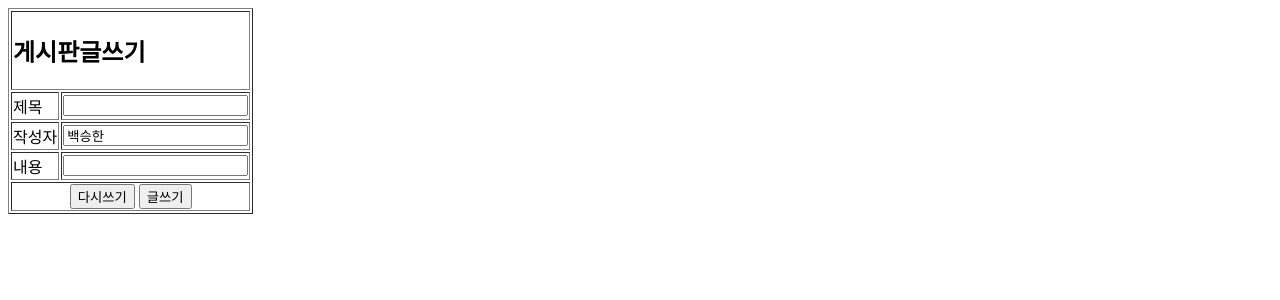
Repository: back-seung/academy
Page: http://localhost/SpringDay01/bbsInputForm
An editor plug-in stored every save of this project. The page is shown before and after the next save, followed by the edit.
The browser window is 1280 px wide. The pictures show the whole page.
The page is served by Tomcat 9. Other server files are loaded and not shown.

Above is the page before, as saved 2021-11-22 07:07:45.

### SpringDay01/src/main/webapp/WEB-INF/views/bbsInput.jsp
<%@ page language="java" contentType="text/html; charset=UTF-8"
	pageEncoding="UTF-8"%>
<!DOCTYPE html>
<html lang="en">
<head>
<meta charset="UTF-8" />
<meta http-equiv="X-UA-Compatible" content="IE=edge" />
<meta name="viewport" content="width=device-width, initial-scale=1.0" />
<title>Document</title>
</head>
<body>
<form action="bbsInput" method=GET>
<!-- action = 컨트롤러 이름, method = parameter 전달방식
	form 태그 범위안에 name="" 가 변수명이 되어 파라미터로 전달됨
 -->
	<table border="1">
		<thead>
			<td colspan="2"><h2 id="head">게시판글쓰기</h2></td>
		</thead>
		<tbody>
			<tr>
				<td>제목</td>
				<td><input id="title" type="text" name="title" /></td>
			</tr>
			<tr>
				<td>작성자</td>
				<td><input id="author" type="text" name="author" value="백승한"/></td>
			</tr>
			<tr>
				<td>내용</td>
				<td><input id="content" type="text" name="content" /></td>
			</tr>
			<tr>
				<th colspan="2"><input type="button" value="다시쓰기" /> <input
					id="alert" type="button" value="글쓰기" onclick="clickEvt()" /></th>
			</tr>
		</tbody>
	</table>
</form>
	<script>
		const head = document.getElementById("head");
		const btn = document.getElementById("alert");
		const title = document.getElementById("title");
		const author = document.getElementById("author");
		const content = document.getElementById("content");

		function clickEvt() {
			btn.addEventListener("click", alert("제목 : " + title.value
					+ "\n내용 : " + content.value));
			head.innerHTML = title.value + author.value;
		}
	</script>
</body>
</html>

After the next save:
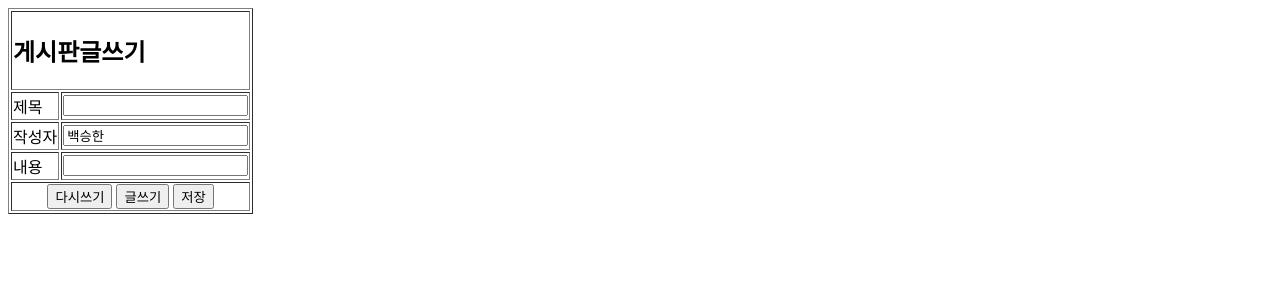
Saved 94 s later.
--- a/SpringDay01/src/main/webapp/WEB-INF/views/bbsInput.jsp
+++ b/SpringDay01/src/main/webapp/WEB-INF/views/bbsInput.jsp
@@ -31,8 +31,11 @@
 				<td><input id="content" type="text" name="content" /></td>
 			</tr>
 			<tr>
-				<th colspan="2"><input type="button" value="다시쓰기" /> <input
-					id="alert" type="button" value="글쓰기" onclick="clickEvt()" /></th>
+				<th colspan="2"><input type="button" value="다시쓰기" />
+				<input id="alert" type="button" value="글쓰기" onclick="clickEvt()" />
+				<input type="submit" value="저장">
+				</th>
+
 			</tr>
 		</tbody>
 	</table>
